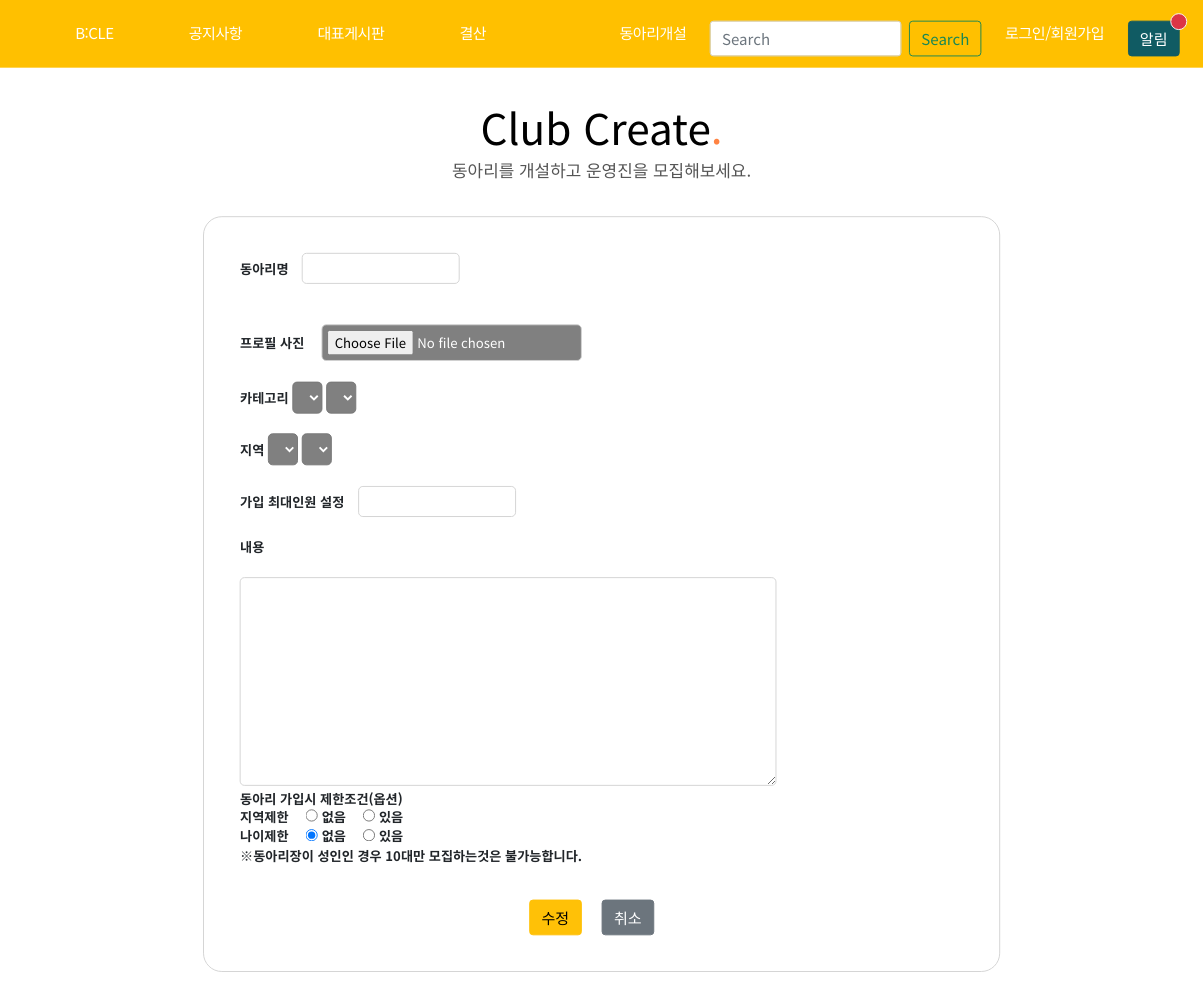
Repository: CHAEYUN7074/SpringProject
Page: http://localhost/viewpages/WEB-INF/view/PreClubUpdateForm.jsp
These files come from the project's save history. The page is drawn as it stood at one moment and after the next save; the edit follows.
The browser window is 1280 px wide. The pictures show the whole page, at 94% of full size.
Some web fonts or font styles are not loaded; a fallback is used. The page is served by Tomcat 9. Nobody is signed in. Other server files are loaded and not shown. The template is opened directly, without the code that normally fills it, so the values that code supplies are empty.

Above is the page before, as saved 2021-12-27 17:00:06.

### viewpages/WebContent/WEB-INF/view/PreClubUpdateForm.jsp
<%@ page contentType="text/html; charset=UTF-8"%>
<%@ taglib prefix="c" uri="http://java.sun.com/jsp/jstl/core"%>
<%
   request.setCharacterEncoding("UTF-8");
String cp = request.getContextPath();
%>
<!DOCTYPE html>
<html>
<head>
<meta charset="UTF-8">
<title>PreClubUpdateForm.jsp</title>
<style type="text/css">
@import
   url('https://fonts.googleapis.com/css?family=Exo+2|Noto+Sans+KR&display=swap')
   ;

.list-title{margin-top : 5vh;}
section .name {color: #000; text-align: center;}
section .name h2 {font-size: 45px; margin-bottom: 5px; font-weight: normal;}
section .name h2 span {color:#ff8342; }
section .name p {font-size: 18px; color: #555;}



#contents {
   margin : 5vh 30vh 5vh 30vh;
   padding : 3%;
   border : 1px solid lightgray;
   border-radius : 20px;
   font-family: 'Noto Sans KR', sans-serif;
   font-weight:bold;
   align : center;
}
#contents p {margin-bottom : 3vh;}
#contents input {margin-left : 2vh; border : 1px solid lightgray; border-radius: 5px; padding: 5px;}

.button_set {display : flex; margin-left : 40%; margin-top : 5vh;}
.button_set button {margin-right : 3vh;}

select {color: white; background: gray; border-radius: 5px; padding: 5px; }
textarea {border : 1px solid lightgray; border-radius: 5px; padding: 5px;}

</style>


<script type="text/javascript" src="http://code.jquery.com/jquery.min.js"></script>
<script type="text/javascript" src="<%=cp%>/js/jquery-ui.js"></script>
<script type="text/javascript" src="<%=cp%>/js/ajax.js"></script>
<script type="text/javascript">

   $(document).ready(function()
   {
      //카테고리 대분류(category_L_Id)가 변경되었을 경우 수행해야 할 코드 처리
      $("#category_L_Id").change(function()
      {
         //lert($("#category_L_Id").val());

         // Ajax 요청 및 응답 처리
         $.ajax(
         {
            type : "POST"
            ,url : "ajaxcategory.action"
            ,data : {category_L_Id : $("#category_L_Id").val()}
            ,dataType : "json" //{key : vlaue}
            ,success : function(result)
            {
               $("#category_S_Id").children().remove();
               $("#category_S_Id").append("<option value=\"\">선택</option>");

               for(var i=0; i<result.length; i++)
               {
                  $("#category_S_Id").append("<option value=\""+result[i].category_s_id+"\">"+result[i].s_cat+"</option>");
               }
            }
            ,error : function(e)
            {
               alert(e.responseText);
            }
         });
      });

      $("#region_L_Id").change(function()
      {
         //alert('변경');
         //alert($("#region_L_Id").val());

         var category_s_id = '${preopen.category_s_id}';

         $.ajax(
         {
            type : "POST"
            ,url : "ajaxregion.action"
            ,data : {region_L_Id : $("#region_L_Id").val()}
            ,dataType : "json"
            ,success : function(result)
            {
               //alert(result);
               $("#region_S_Id").children().remove();
               $("#region_S_Id").append("<option value=\"\">선택</option>");

               for(var i=0; i<result.length; i++)
               {
                  $("#region_S_Id").append("<option value=\""+result[i].region_s_id+"\">"+result[i].local+"</option>");
               }
            }
            ,error : function(e)
            {
               alert(e.responseText);
            }

          });

      });

   });
      //동아리명 중복 검사

    $(document).ready(function()
   {

      $('.title').focusout(function()  //focusout
      {
         let userTitle = $('.title').val();

         $.ajax({
            url : "checktitle.action" // ①컨트롤러로~
            , type : "POST"
            , data : {userTitle : userTitle}
            , dataType : "json"
            , success : function(result) //Check title에서 여기로 왔다.
            {
               if(result.title == 0){
                  $("#checkTitle").html('이미 동일한 이름의 동아리가 존재합니다.');
                  $("#checkTitle").css('color', 'red');
                  $('#title').val(''); //중복된 내용삭제

               }
               else
               {

                  $("#checkTitle").html('사용할 수 있는 동아리 이름입니다.');
                  $("#checkTitle").css('color', 'green');
               }
            }
            , error : function(e)
            {
               alert(e.responseText); //에러사항 보여주기
            }
         })
      })
   });



 //각 상황별 alert 창 → required로 했는데 클리어하지가 않아서, 각 상황에 맞게 알림창을 띄우기로했다.
   $(document).ready(function()
   {
      $("#submitBtn").click(function()
      {
          if ($.trim($("#title").val()).length == 0)
         {
            alert("동아리명을 입력하세요.");
            $("#title").focus();
            return;
         }

         if ($("#category_L_Id").val() == "")
         {
            alert("카테고리를 선택해주세요");
            $("#category_L_Id").focus();
            return;
         }
         if ($("#category_S_Id").val()== "")
         {
            alert("카테고리를 선택해주세요");
            $("#category_S_Id").focus();
            return;
         }
         if ($("#region_L_Id").val()== "")
         {
            alert("지역을 선택해주세요");
            $("#region_L_Id").focus();
            return;
         }
         if ($("#region_S_ID").val()== "")
         {
            alert("지역을 선택해주세요");
            $("#region_S_ID").focus();
            return;
         }
         if ($("#max").val().length == 0)
         {
            alert("최대 인원을 입력하세요");
            $("#max").focus();
            return;
         }

          if ($("#content").val().length == 0) // 내용 입력하라는 에러 , div id가 content여서
          {
             alert("내용을 입력하세요");
             $("#content").focus();
             return;
          }

         $("#updateForm").submit();
      });
   });

</script>


</head>
<body>

   <div class="wrap">
      <!-- 네브 영역 -->
      <div>
         <c:import url="nav.jsp"></c:import>
      </div>
     <!--
     HttpSession session = request.getSession();
     session.setAttribute("id", id);
       -->
      <!-- 콘텐츠 영역 -->

         <section class="list-title">
         <div class="name">
            <h2>Club Create<span>.</span></h2>
            <p>동아리를 개설하고 운영진을 모집해보세요.</p>
         </div>
      </section>

      <div id="contents">
         <div>
            <form action="preclubupdate.action" method="post" id="updateForm" enctype="multipart/form-data">
               <div>
                  <input type="text" name="cid" value="${preopen.cid}" style="display: none;"> <!-- cid 안보이게 삽입 -->
                  <p>
                  동아리명<input type="text" name="title" id="title" class="title" maxlength='20'  value="${preopen.title }">
                  </p>
                  <span id="checkTitle" style="font-size: small;"></span><br>
                  프로필 사진 <input type="file" name="url" id="url" value="${preopen.url }" style="color: white; background: gray; border-radius: 5px; padding: 5px;">
                  <p>
                  <!--
                     동아리장<input type="text" name="nickname" id="nickname"
                        placeholder="로그인 상태인 사람 여기에 자동 닉네임 뿌려주기" disabled="disabled">
                     개설예정일<input
                        type="text" name="preopendate" id="preopendate"
                        placeholder="자동입력" disabled="disabled">
                         -->
                  </p>
                  <p>
                     카테고리
                     <select id="category_L_Id" name="category_L_Id">
                        <c:forEach var="category" items="${categoryLList }">
                            <option value="${category.category_l_id}"
                            ${preopen.category_l_id == category.category_l_id ? "selected=\"selected\"" : "" }
                             >${category.l_cat}</option>
                        </c:forEach>
                     </select>
                     <select id="category_S_Id" name="category_S_Id">
                        <option value="${preopen.category_s_id}" selected="selected">${preopen.s_cat}</option>
                     </select>
                  </p>


                  <p>

                     지역
                     <select id="region_L_Id" name="region_L_Id">
                        <c:forEach var="region" items="${regionLList }">
                            <option value="${region.region_l_id}"
                            ${preopen.region_l_id == region.region_l_id ? "selected=\"selected\"" : "" }
                             >${region.city}</option>
                        </c:forEach>
                     </select>
                     <select id="region_S_Id" name="region_S_Id">
                        <option value="${preopen.region_s_id}" selected="selected">${preopen.local}</option>
                     </select>
                  </p>

                  <p>
                     가입 최대인원 설정<input type="text" id="max" name="max"  value="${preopen.max}">
                  </p>
                  <div>
                     <p>내용</p>
                     <textarea rows="10" cols="70" id="content" name="content" maxlength='100'>${preopen.content}</textarea>
                  </div>
                  <div>
                     <%-- <c:import url="beePicCreated.jsp"></c:import> --%>
                  </div>

                  <div>
                     <h5>동아리 가입시 제한조건(옵션)</h5>

                     <div>
                        지역제한
                        <input type="radio" name="regionlimit" value="X" id="regionlimitX"
                        ${preopen.limit_id == 'X' ? "checked=\"checked\"" : "" }>
                        <label for="regionlimitX">없음</label>
                        <input type="radio" name="regionlimit" id="regionlimitO" value="O"
                        ${preopen.limit_id == 'O' ? "checked=\"checked\"" : "" } >
                        <label for="regionlimitO">있음</label>
                        <br>
                        나이제한
                        <input type="radio" name="agelimit" id="agelimitX" value="X" checked="checked">
                        <label for="agelimitX">없음</label>
                        <input type="radio" name="agelimit" id="agelimitO"  value="O">
                        <label for="agelimitO">있음</label>
                        <br>※동아리장이 성인인 경우 10대만 모집하는것은 불가능합니다.
                     </div>

                      <div class ="button_set">
                        <button type="button" class="btn btn-warning" id="submitBtn">수정</button>
                        <button type="button" class="btn btn-secondary"  id="cancleBtn" onclick="location.href='mainpage.action'">취소</button>
                     </div>

                  </div>

               </div>
            </form>
         </div>
      </div>

   </div>




</body>
<script type="text/javascript">


</script>
</html>

### viewpages/WebContent/WEB-INF/view/nav.jsp
<%@ page contentType="text/html; charset=UTF-8"%>
<%@ taglib prefix="c" uri="http://java.sun.com/jsp/jstl/core"%>
<%
   request.setCharacterEncoding("UTF-8");
String cp = request.getContextPath();
%>
<!DOCTYPE html>
<html lang="ko">
<head>
<meta charset="UTF-8">
<meta name="viewport" content="width=device-width, initial-scale=1">
<title>B:CLE</title>
<!-- <link rel="stylesheet" href="css/main.css"> -->
<link rel="stylesheet" href="css/font-awesome.min.css">
<link
   href="https://cdn.jsdelivr.net/npm/bootstrap@5.1.3/dist/css/bootstrap.min.css"
   rel="stylesheet"
   integrity="sha384-1BmE4kWBq78iYhFldvKuhfTAU6auU8tT94WrHftjDbrCEXSU1oBoqyl2QvZ6jIW3"
   crossorigin="anonymous">

<style>
@import
   url('https://fonts.googleapis.com/css?family=Exo+2|Noto+Sans+KR&display=swap')
   ;
/*reset*/
* {
   margin: 0;
   padding: 0;
}
body {
   margin: 0;
}
h1, h2, h3, h4, h5, h6, p, ul, ol, li, dl, dt, dd {
   margin: 0;
   padding: 0;
}
h1, h2, h3, h4, h5, h6 {
   font-weight: 700;
   font-size: inherit;
}
a {
   color: inherit;
   text-decoration: inherit;
}
img {
   vertical-align: middle;
}
a img {
   border: none;
}
li {
   list-style: none;
}
address, em, i, ul {
   font-style: normal;
}
.mo {
   display: none;
}
body {
   font-family: 'Noto Sans KR', sans-serif;
   font-size: 14px;
}
header {
   font-family: 'Noto Sans KR', sans-serif;
   letter-spacing: -0.5px;
   background: rgb(255, 192, 0);
   color: white;
   height: 10vh;
   width: 100%;
   position: relative;
   margin-top: -20px;
}
.mainHeader {
   width: 100%;
   margin-top: 20px;
   box-sizing: border-box;
   vertical-align: center;
}
.mainHeader .gnbMo {
   display: none;
}
.mainHeader .gnb {
   float: left;
   margin-left: 80px;
   margin-top: 3vh;
}
.mainHeader .gnb li {
   float: left;
   margin-right: 80px;
}
.mainHeader .gnb li a {
   display: block;
   width: 100%;
   text-align: center;
   color: #fff;
   font-size: 16px;
   text-decoration-line: none;
}
.mainHeader .gnb li a:hover, .mainHeader .gnb li a:focus {
   color: #ff8342;
}
.mainHeader .tnb {
   float: right;
   margin-top: 3vh;
}
.mainHeader .tnb li {
   float: left;
   margin-right: 25px;
}
.mainHeader .tnb li a {
   display: block;
   width: 100%;
   text-align: center;
   font-size: 16px;
   color: #fff;
   text-decoration-line: none;
}
.mainHeader .tnb li:nth-child(1) a i, .mainHeader .tnb li:nth-child(2) a i
   {
   font-size: 20px;
   margin-right: 8px;
}
.mainHeader .tnb li:last-child a {
   display: block;
   width: 105px;
   line-height: 2;
   border: 1px solid #fff;
   border-radius: 30px;
   margin-top: 35px;
}
.mainHeader .tnb li:last-child a i {
   margin-left: 5px;
}
.mainHeader .tnb li:last-child a:hover {
   background: #fff;
   color: #ff8342;
   transition: all 0.3s;
}
.btn-primary {
    color: #fff;
    background-color: #105b63;
    border-color: #105b63;
}


.box {
    width: 30px;
    height: 30px;
    border-radius: 70%;
    overflow: hidden;
}
.profile {
    width: 100%;
    height: 100%;
    object-fit: cover;
}

</style>


</head>
<body>

   <c:choose>
      <c:when test="${!empty id }">
         <header>
            <div class="mainHeader">
               <nav class="gnb">
                  <ul>
                     <li><a href="mainpage.action">B:CLE</a></li>
                     <li><a href="mainnoticelist.action">공지사항</a></li>
                     <li><a href="mainfreeboardlist.action">대표게시판</a></li>
                     <li><a href="mainaccount.action">결산</a></li>
                  </ul>
               </nav>
               <nav class="tnb">
                  <ul>

                     <li><a href="clubinsertform.action">동아리개설</a></li>

                     <li>
                        <form class="d-flex">
                           <input class="form-control me-2" type="search"
                              placeholder="Search" aria-label="Search">
                           <button class="btn btn-outline-success" type="submit">Search</button>
                        </form>
                     </li>



                     <!-- 값을 넘겨보려 시도했는데 실패...ㅠ 다시 해볼게요 - 현정 -->
                     <li><a href="#">마이페이지</a></li>
                     <li><a href="logout.action"></i>로그아웃</a></li>
                         <li><button type="button"
                              class="btn btn-primary position-relative">
                              알림 <span
                                 class="position-absolute top-0 start-100 translate-middle p-2 bg-danger border border-light rounded-circle">
                                 <span class="visually-hidden">New alerts</span>
                              </span>
                             </button></li>
                  </ul>
               </nav>
               <nav class="gnbMo">
                  <a href="#"><i class="fa fa-bars" aria-hidden="true"></i></a>
               </nav>
            </div>
         </header>
      </c:when>
      <c:otherwise>
         <header>
            <div class="mainHeader">
               <nav class="gnb">
                  <ul>
                     <li><a href="mainpage.action">B:CLE</a></li>
                     <li><a href="mainnoticelist.action">공지사항</a></li>
                     <li><a href="mainfreeboardlist.action">대표게시판</a></li>
                     <li><a href="mainaccount.action">결산</a></li>
                  </ul>
               </nav>
               <nav class="tnb">
                  <ul>

                     <li><a href="#">동아리개설</a></li>

                     <li>
                        <form class="d-flex">
                           <input class="form-control me-2" type="search"
                              placeholder="Search" aria-label="Search">
                           <button class="btn btn-outline-success" type="submit">Search</button>
                        </form>
                     </li>




                     <li><a href="loginpage.action"></i>로그인/회원가입</a></li>
                     <li><button type="button"
                           class="btn btn-primary position-relative">
                           알림 <span
                              class="position-absolute top-0 start-100 translate-middle p-2 bg-danger border border-light rounded-circle">
                              <span class="visually-hidden">New alerts</span>
                           </span>
                        </button></li>
                  </ul>
               </nav>
               <nav class="gnbMo">
                  <a href="#"><i class="fa fa-bars" aria-hidden="true"></i></a>
               </nav>
            </div>
         </header>
      </c:otherwise>
   </c:choose>
   <!--header-->




</body>
</html>

<!-- 검색부분에 쓸 부트스트랩 -->
<!--       <form class="d-flex">
        <input class="form-control me-2" type="search" placeholder="Search" aria-label="Search">
        <button class="btn btn-outline-success" type="submit">Search</button>
      </form> -->

### viewpages/WebContent/js/ajax.js
/**
 * ajax.js
 */


var ajax = null;

// AJAX 객체(XMLHttpRequest 객체) 생성 함수
function createAjax()
{
	/*
	// ActiveXObject 를 지원하는 브라우저라면...
	if (window.ActiveXObject)			//-- IE 7 이전
	{
		return new ActiveXObject("Msxml2.XMLHTTP");
		//-- 이와 같은 방식으로 XMLHttpRequest 객체를 생성해서 반환하라.
		//   (ActiveXObject 객체 → XMLHttpRequest 객체의 대리 객체)
	}
	else								//-- 그 외 브라우저
	{
		if(window.XMLHttpRequest)		//-- XMLHttpRequest 지원 브라우저
		{
			return new XMLHttpRequest();
			//-- 이와 같은 방식으로 XMLHttpRequest 객체를 생성해서 반환하라.
		}
		else							//-- AJAX 를 지원하지 않는 브라우저
		{
			return null;
		}
	}
	*/

	// 위와 의미 같음. 논리적 순서로 정리한 것.
	if (window.XMLHttpRequest)
	{
		return new XMLHttpRequest();
	}
	else if (window.ActiveXObject)
	{
		//return new ActiveXObject("Msxml2.XMLHTTP");
		return new ActiveXObject("Microsoft.XMLHTTP");
	}
	else
	{
		return null;
	}
}

Loaded but not shown: viewpages/WebContent/js/jquery-ui.js (library)

After the next save:
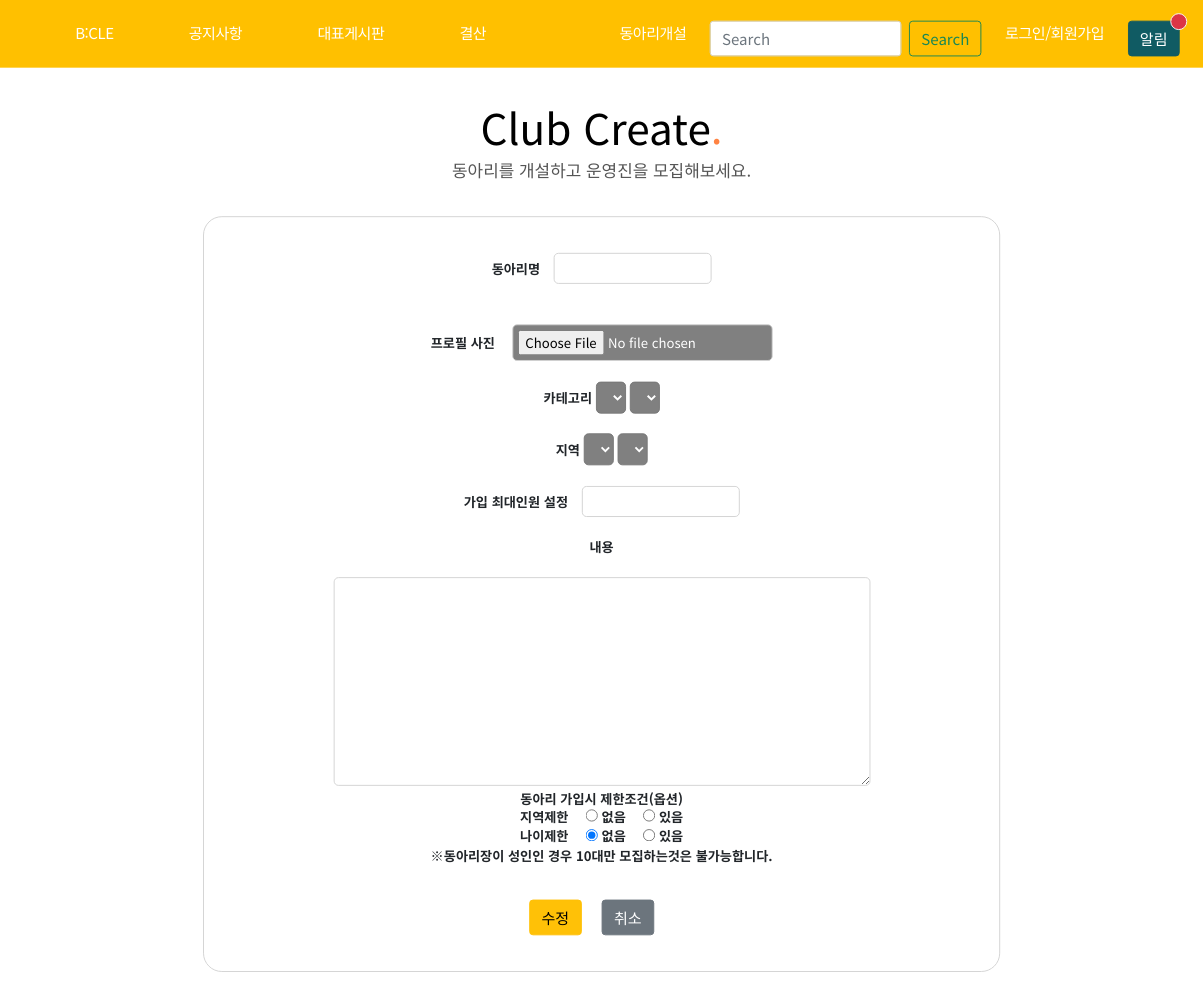
Saved 16 s later.
--- a/viewpages/WebContent/WEB-INF/view/PreClubUpdateForm.jsp
+++ b/viewpages/WebContent/WEB-INF/view/PreClubUpdateForm.jsp
@@ -29,7 +29,7 @@ section .name p {font-size: 18px; color: #555;}
    border-radius : 20px;
    font-family: 'Noto Sans KR', sans-serif;
    font-weight:bold;
-   align : center;
+   text-align : center;
 }
 #contents p {margin-bottom : 3vh;}
 #contents input {margin-left : 2vh; border : 1px solid lightgray; border-radius: 5px; padding: 5px;}
